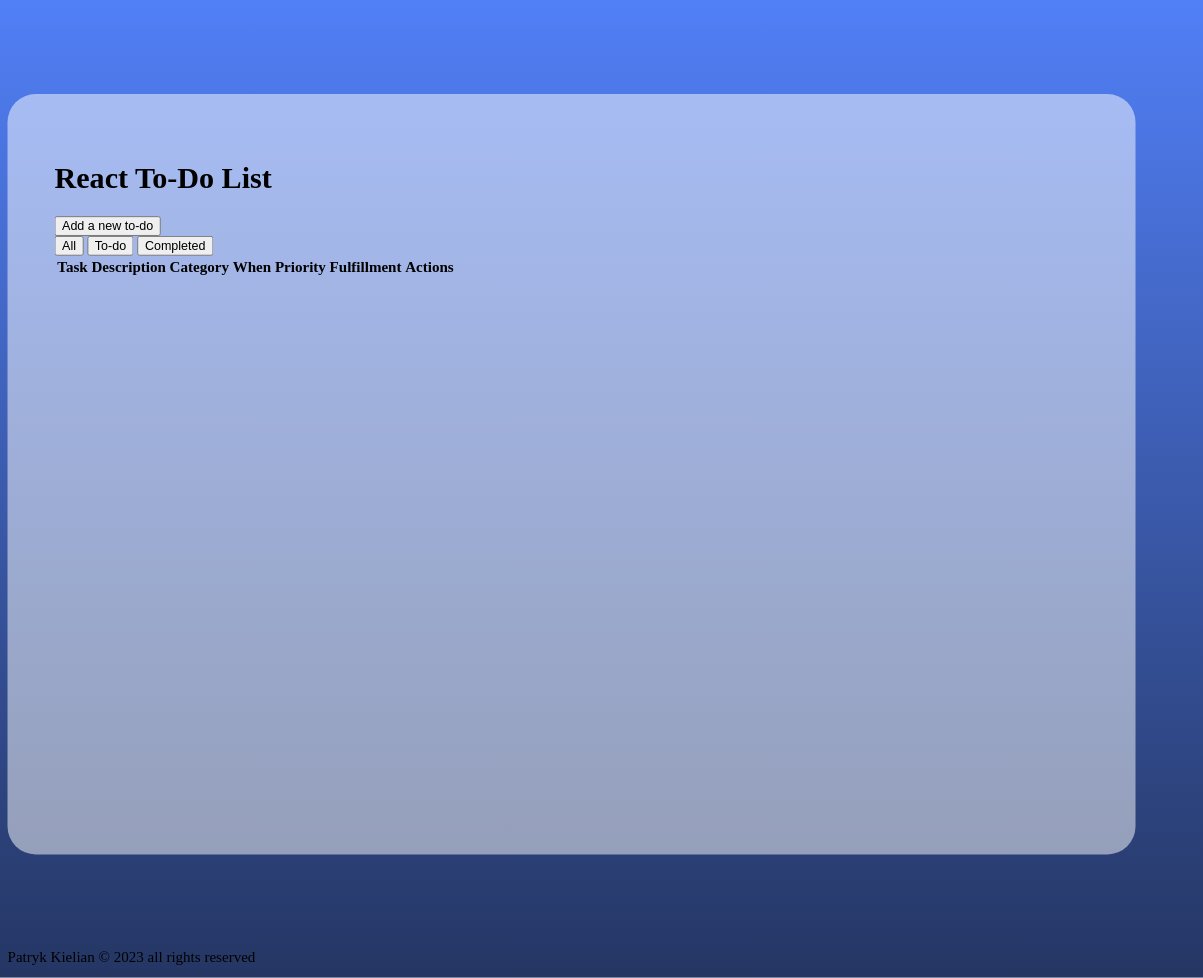
Repository: mirajane2/maquette-todo
Page: index.html
An editor plug-in stored every save of this project. The page is shown before and after the next save, followed by the edit.
The browser window is 1280 px wide. The pictures show the whole page, at 94% of full size.

Above is the page before, as saved 2024-11-13 10:44:17.

### index.html
<!DOCTYPE html>
<html lang="fr">
<head>
    <meta charset="UTF-8">
    <meta name="viewport" content="width=device-width, initial-scale=1.0">
    <link rel="stylesheet" href="index.css">
    <title>Maquette Figma</title>
</head>
<body>
    <div class="container">
        <div class="content">
            <h1 class="titre">React To-Do List</h1>
            <div class="control">
                <button class="taches"> Add a new to-do</button>
                <div class="choix_selection">
                    <button class="show">All</button>
                    <button class="options">To-do</button>
                    <button class="options">Completed</button>
                </div>
            </div>

            <div class="table">
                <table>
                    <thead>
                        <tr>
                            <th>Task</th>
                            <th>Description</th>
                            <th>Category</th>
                            <th>When</th>
                            <th>Priority</th>
                            <th>Fulfillment</th>
                            <th>Actions</th>
                        </tr>
                    </thead>
                    <tbody class="valeur">
                        <script src="script.js"></script>
                    </tbody>
                </table>
            </div>
        </div>
        <footer>
            <p>Patryk Kielian © 2023 all rights reserved</p>
        </footer>
    </div>
</body>
</html>

### index.css
html{
    min-height: 100vh;
    background: linear-gradient(180deg, #517FF6, #253663);
}

.container {
    width: 1197px;
    height: 932px;
}

.content{
    width: 1100px;
    min-height: 709px;
    background-color: #FFFFFF80;
    border-radius: 30px;
    margin: 100px auto;
    padding: 50px;
}

Loaded but not shown: script.js (no stored copy; drawn as an empty file)

After the next save:
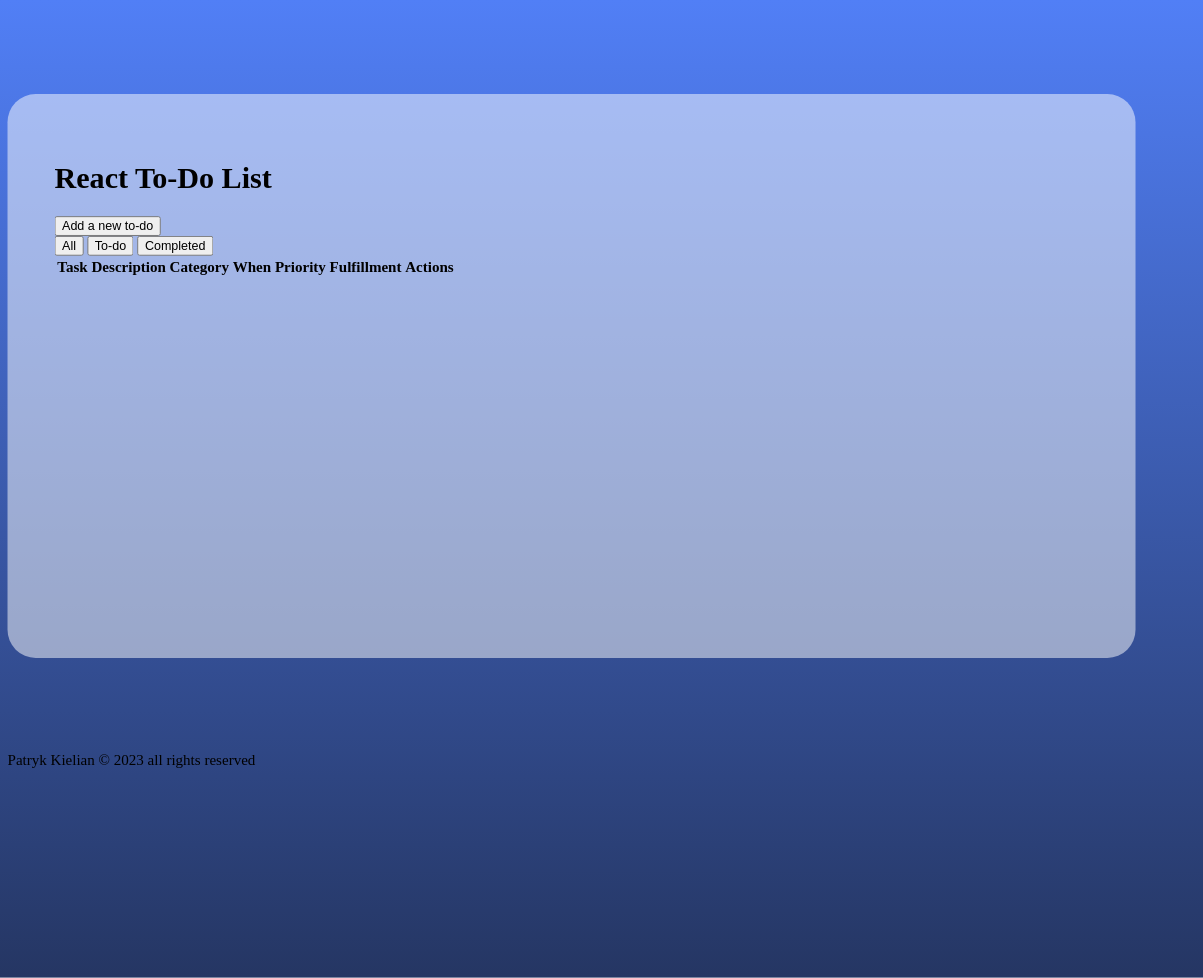
Saved 14 s later.
--- a/index.css
+++ b/index.css
@@ -10,7 +10,7 @@ html{
 
 .content{
     width: 1100px;
-    min-height: 709px;
+    min-height: 500px;
     background-color: #FFFFFF80;
     border-radius: 30px;
     margin: 100px auto;
